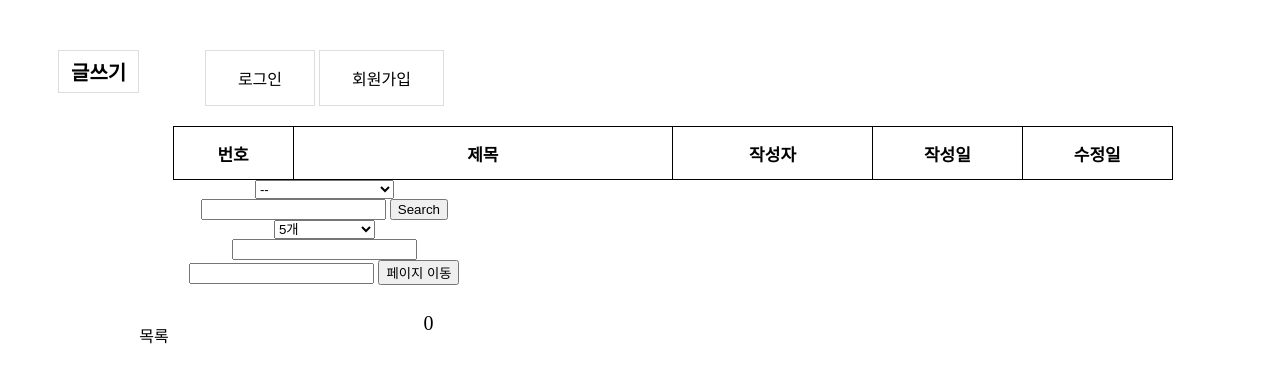
Repository: Shim-YoungDo/gaea-study
Page: http://localhost/study/WEB-INF/views/board/list.jsp
These files come from the project's save history. The page is drawn as it stood at one moment and after the next save; the edit follows.
The browser window is 1280 px wide. The pictures show the whole page.
The page is served by Tomcat 9. Nobody is signed in. The template is opened directly, without the code that normally fills it, so the values that code supplies are empty.

Above is the page before, as saved 2021-12-08 05:27:27.

After the next save:
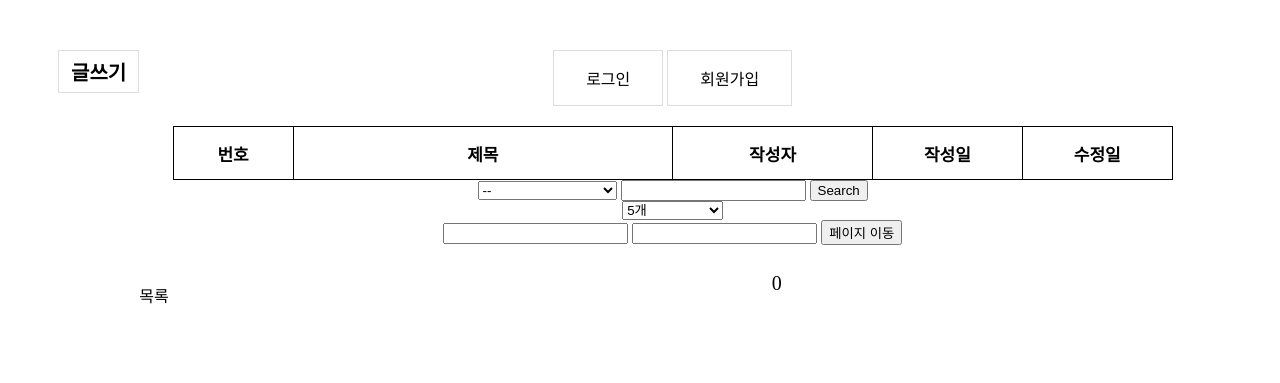
Saved 89 s later.
--- a/study/src/main/webapp/resources/css/board/list.css
+++ b/study/src/main/webapp/resources/css/board/list.css
@@ -43,7 +43,6 @@ a{
   }
 
   .pageInfo{
-      width:700;
       list-style : none;
       display: inline-block;
     margin: 20px 0 0 150px;
@@ -56,7 +55,6 @@ a{
     font-weight: 500;
   }
   .login_area{
-	width:25%;
 	height:30%;
 	display:inline-block;
 	text-align:center;
